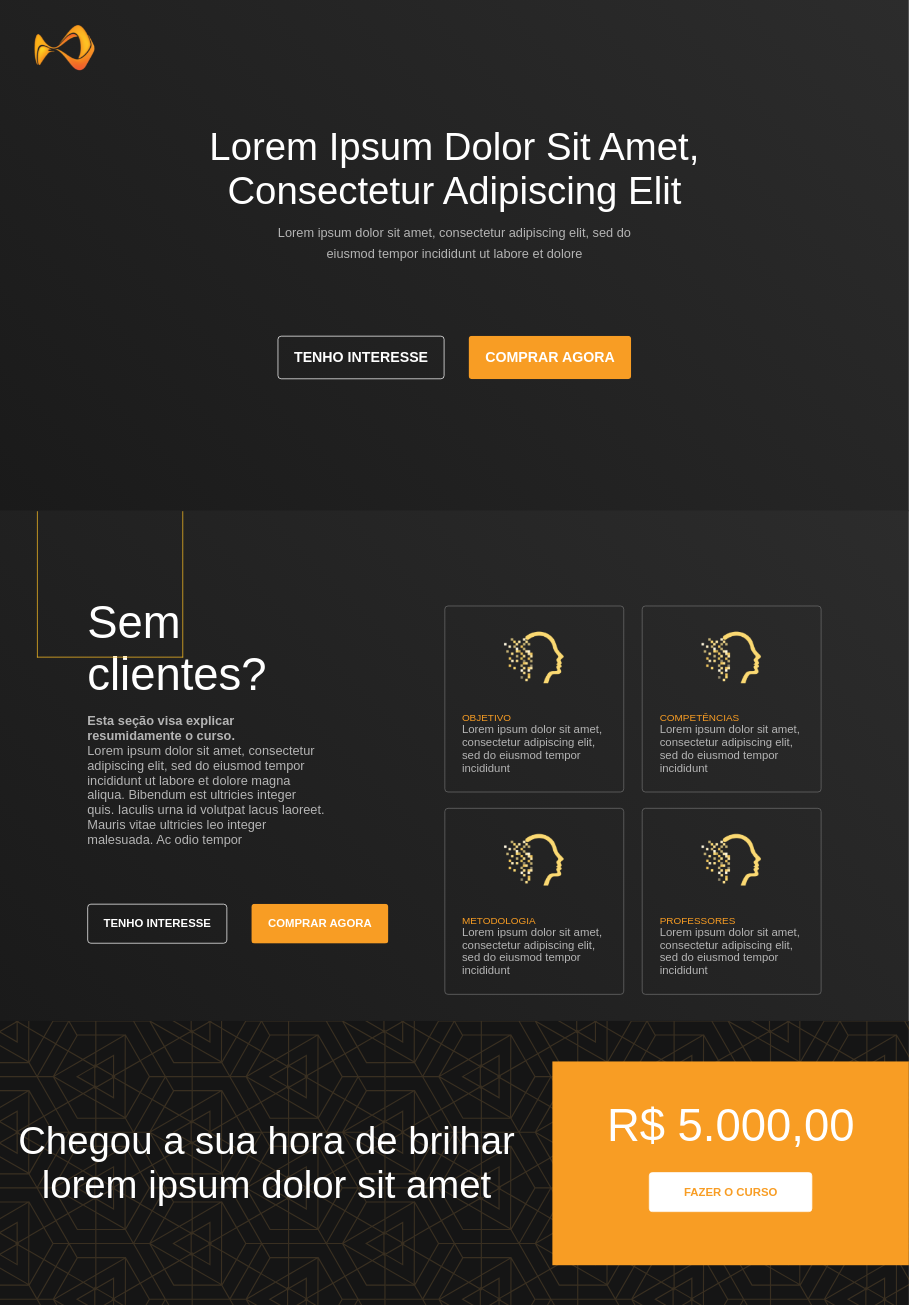
Repository: Rafael-Araujo-dev/Treinamento-Raccoon
Page: Projeto-2/index.html
These files come from the project's save history. The page is drawn as it stood at one moment and after a run of saves; the edit follows.
The browser window is 1280 px wide. The pictures show the whole page, at 71% of full size.
Some web fonts or font styles are not loaded; a fallback is used.

Above is the page before, as saved 2021-09-23 11:22:07.

After the next 2 saves:
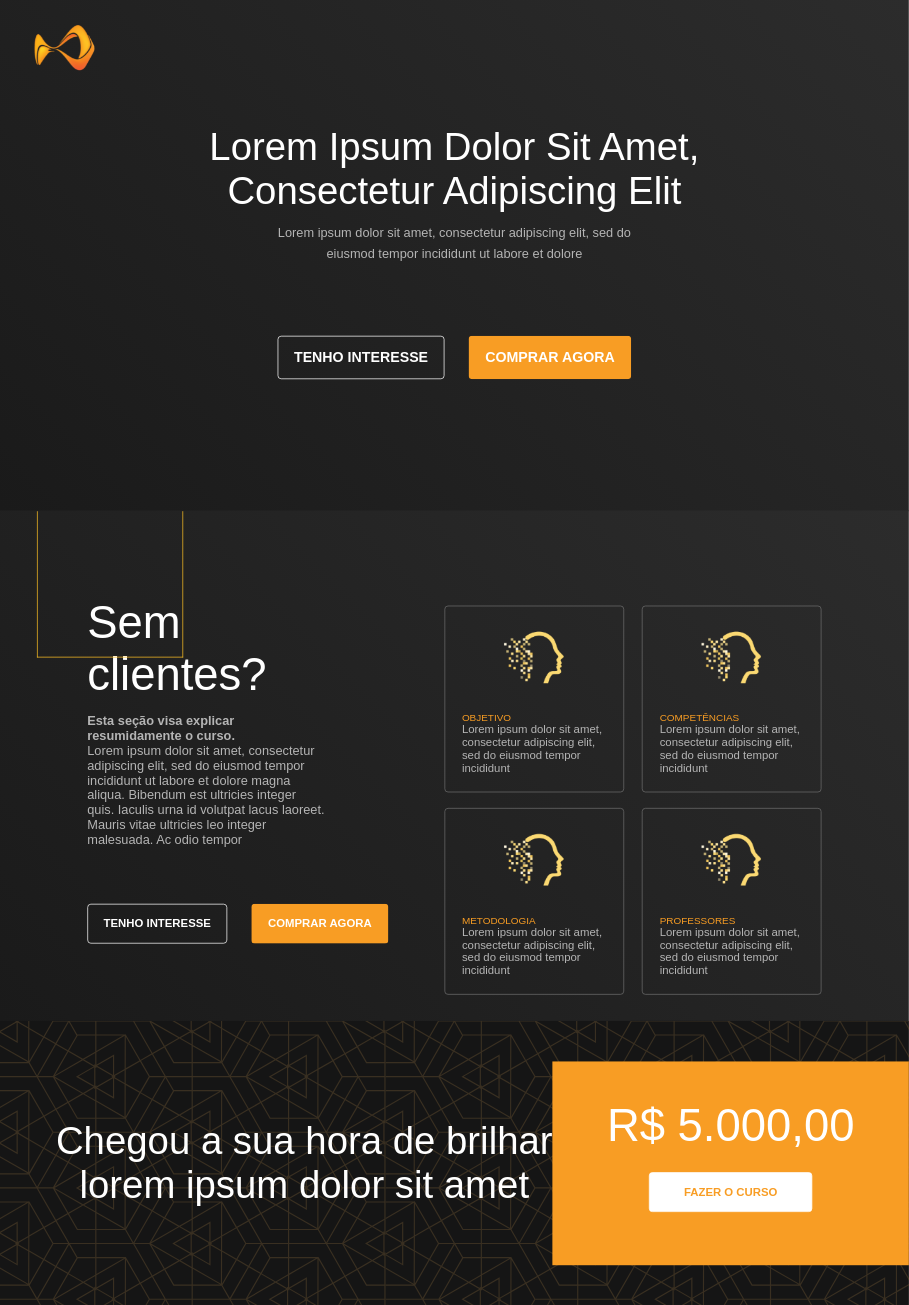
The 2 saves are shown as one change because they came seconds apart.
The last was saved 2 min 46 s later.
--- a/Projeto-2/css/style.css
+++ b/Projeto-2/css/style.css
@@ -348,7 +348,7 @@
     height: 100%;
     display: flex;
     flex-direction: row;
-    justify-content: space-between;
+    justify-content: end;
     align-items: center;
     padding-right: 0;
 }
